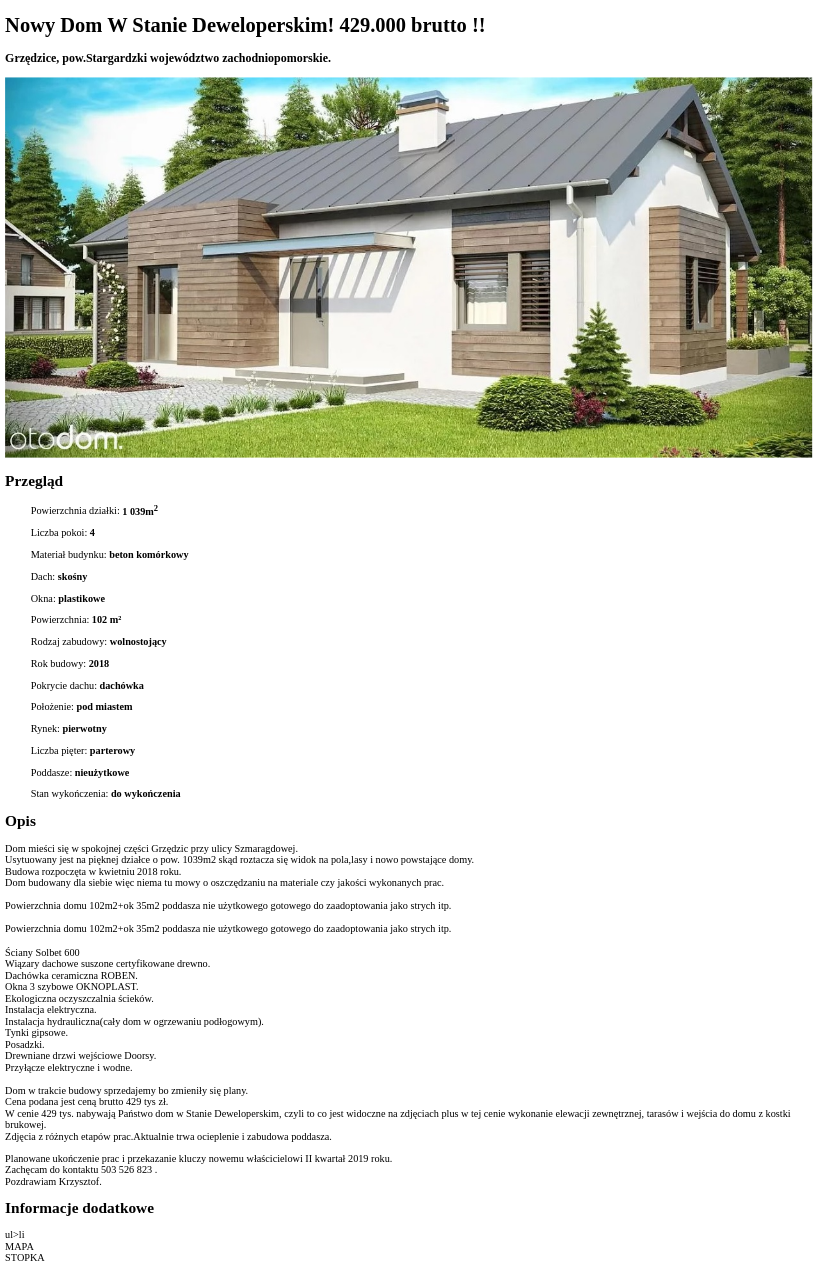
Repository: Slawek88/HomePage
Page: index.html
An editor plug-in stored every save of this project. The page is shown before and after the next save, followed by the edit.
The browser window is 1280 px wide. The pictures show the whole page, at 64% of full size.

Above is the page before, as saved 2019-02-28 13:14:54.

### index.html
<!DOCTYPE html>
<html lang="en">
  <head>
    <meta charset="UTF-8" />
    <meta name="viewport" content="width=device-width, initial-scale=1.0" />
    <meta http-equiv="X-UA-Compatible" content="ie=edge" />
    <title>Dom w stanie Developerskim</title>
    <!-- <link rel="stylesheet" href="css/normalize.css"> -->
    <link rel="stylesheet" href="css/style.css" />
    <!-- <link
      href="https://fonts.googleapis.com/css?family=Roboto:400,900&amp;subset=latin-ext"
      rel="stylesheet"
    /> -->
  </head>

  <body>
    <h1>Nowy Dom W Stanie Deweloperskim! 429.000 brutto !!</h1>
    <h3>Grzędzice, pow.Stargardzki województwo zachodniopomorskie.</h3>
    <div class="container">
      <div class="grid">
        <div class="grid-item grid-img"><img src="img/1-Z96.jpg" alt="" /></div>
        <div class="grid-item grid-overview">
          <h2>Przegląd</h2>
          <ul class="li">
            Powierzchnia działki:
            <strong>1 039m<sup>2</sup></strong>
          </ul>
          <ul class="li">
            Liczba pokoi:
            <strong> 4</strong>
          </ul>
          <ul class="li">
            Materiał budynku:
            <strong>beton komórkowy</strong>
          </ul>
          <ul class="li">
            Dach:
            <strong>skośny</strong>
          </ul>
          <ul class="li">
            Okna:
            <strong>plastikowe</strong>
          </ul>
          <ul class="li">
            Powierzchnia:
            <strong>102 m²</strong>
          </ul>
          <ul class="li">
            Rodzaj zabudowy:
            <strong>wolnostojący</strong>
          </ul>
          <ul class="li">
            Rok budowy:
            <strong>2018</strong>
          </ul>
          <ul class="li">
            Pokrycie dachu:
            <strong>dachówka</strong>
          </ul>
          <ul class="li">
            Położenie:
            <strong>pod miastem</strong>
          </ul>
          <ul class="li">
            Rynek:
            <strong>pierwotny</strong>
          </ul>
          <ul class="li">
            Liczba pięter:
            <strong>parterowy</strong>
          </ul>
          <ul class="li">
            Poddasze:
            <strong>nieużytkowe</strong>
          </ul>
          <ul class="li">
            Stan wykończenia:
            <strong>do wykończenia</strong>
          </ul>
        </div>
        <div class="grid-item grid-destriction">
          <h2>Opis</h2>
          <p>
            Dom mieści się w spokojnej części Grzędzic przy ulicy Szmaragdowej.
            <br />
            Usytuowany jest na pięknej działce o pow. 1039m2 skąd roztacza się
            widok na pola,lasy i nowo powstające domy.
            <br />
            Budowa rozpoczęta w kwietniu 2018 roku.
            <br />
            Dom budowany dla siebie więc niema tu mowy o oszczędzaniu na
            materiale czy jakości wykonanych prac.
            <br />
            <br />
            Powierzchnia domu 102m2+ok 35m2 poddasza nie użytkowego gotowego do
            zaadoptowania jako strych itp.
            <br />
            <br />
            Powierzchnia domu 102m2+ok 35m2 poddasza nie użytkowego gotowego do
            zaadoptowania jako strych itp.
            <br />
            <br />
            Ściany Solbet 600
            <br />
            Wiązary dachowe suszone certyfikowane drewno.
            <br />
            Dachówka ceramiczna ROBEN.
            <br />
            Okna 3 szybowe OKNOPLAST.
            <br />
            Ekologiczna oczyszczalnia ścieków.
            <br />
            Instalacja elektryczna.
            <br />
            Instalacja hydrauliczna(cały dom w ogrzewaniu podłogowym).
            <br />
            Tynki gipsowe.
            <br />
            Posadzki.
            <br />
            Drewniane drzwi wejściowe Doorsy.
            <br />
            Przyłącze elektryczne i wodne.
            <br />
            <br />
            Dom w trakcie budowy sprzedajemy bo zmieniły się plany.
            <br />
            Cena podana jest ceną brutto 429 tys zł.
            <br />
            W cenie 429 tys. nabywają Państwo dom w Stanie Deweloperskim, czyli
            to co jest widoczne na zdjęciach plus w tej cenie wykonanie elewacji
            zewnętrznej, tarasów i wejścia do domu z kostki brukowej.
            <br />
            Zdjęcia z różnych etapów prac.Aktualnie trwa ocieplenie i zabudowa
            poddasza.
          </p>
          <p>
            Planowane ukończenie prac i przekazanie kluczy nowemu właścicielowi
            II kwartał 2019 roku.
            <br />
            Zachęcam do kontaktu 503 526 823 .
            <br />
            Pozdrawiam Krzysztof.
          </p>
        </div>
        <div class="grid-tem grit-info">
          <h2>Informacje dodatkowe</h2>
          ul>li
        </div>
        <div class="grid-item grid-map">MAPA</div>
        <div class="grid-item grid-footer">STOPKA</div>
      </div>
    </div>
  </body>
</html>

### css/style.css
strong {
    600;
}

After the next save:
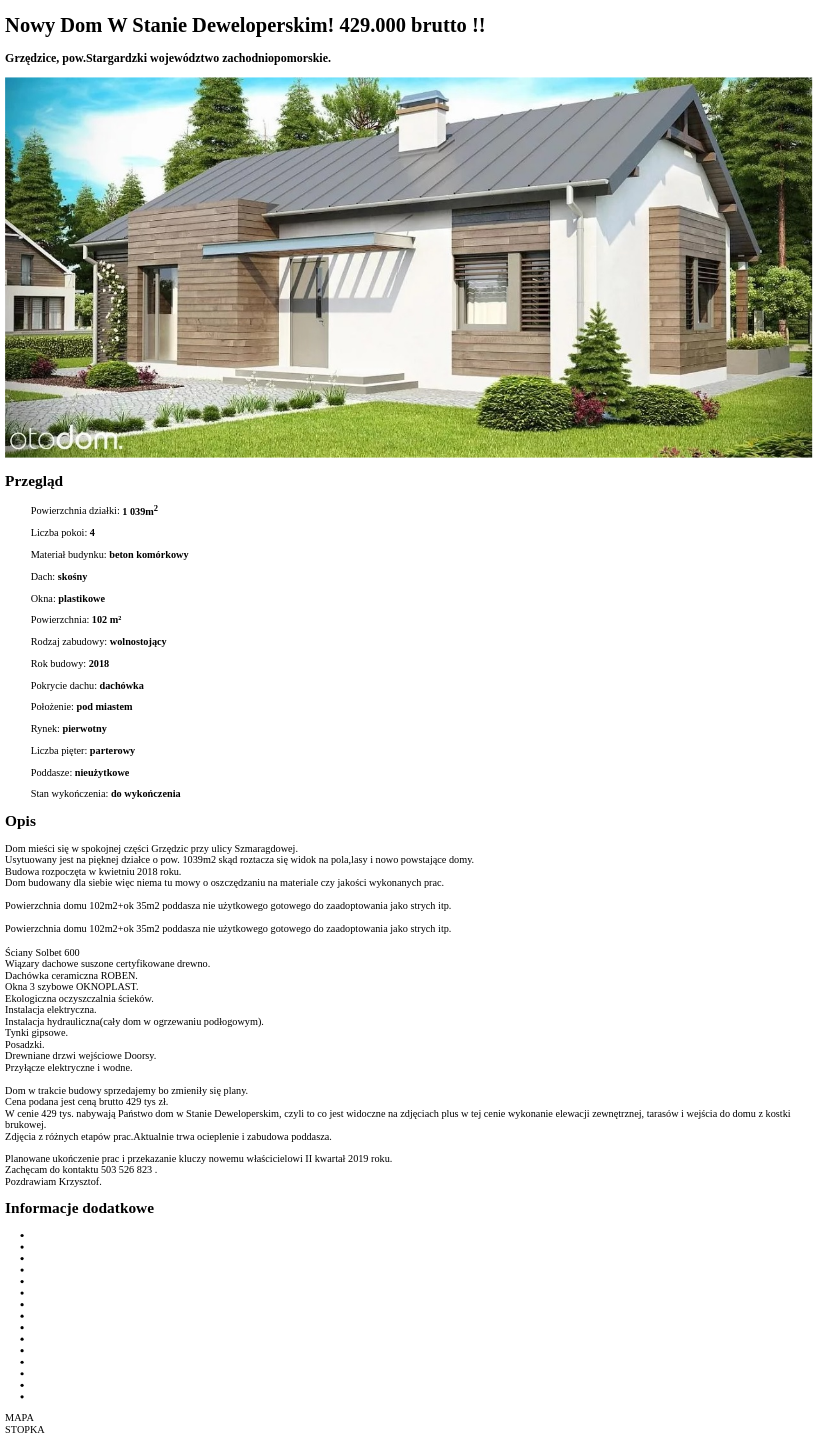
Saved 10 s later.
--- a/index.html
+++ b/index.html
@@ -145,7 +145,23 @@
         </div>
         <div class="grid-tem grit-info">
           <h2>Informacje dodatkowe</h2>
-          ul>li
+          <ul>
+            <li></li>
+            <li></li>
+            <li></li>
+            <li></li>
+            <li></li>
+            <li></li>
+            <li></li>
+            <li></li>
+            <li></li>
+            <li></li>
+            <li></li>
+            <li></li>
+            <li></li>
+            <li></li>
+            <li></li>
+          </ul>
         </div>
         <div class="grid-item grid-map">MAPA</div>
         <div class="grid-item grid-footer">STOPKA</div>
